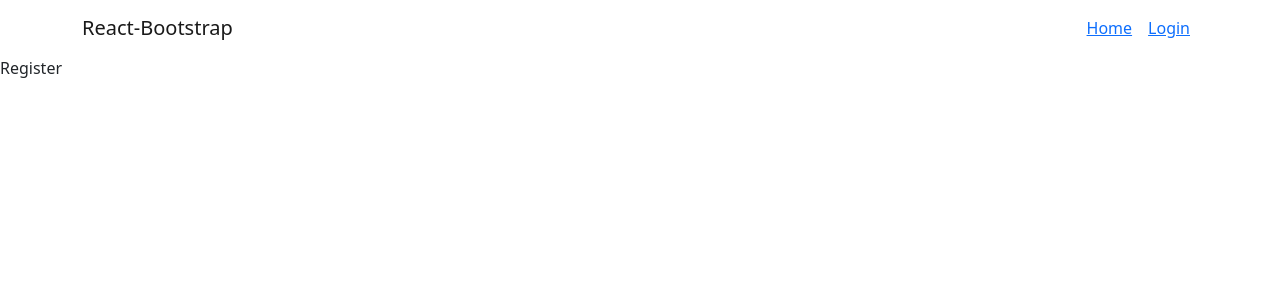
Repository: RubaHusam/MERN-Auth
Page: /register (app in frontend/)
The author's editor kept a copy of each file at every save. The page is drawn from the files as they stood at one save, then again after the next save.
The browser window is 1280 px wide. The pictures show the whole page.
The project was rebuilt for these pictures with package versions that can differ from the ones it lists, and the page was loaded fresh each time.

Above is the page before, as saved 2023-01-27 18:06:21.

After the next save:
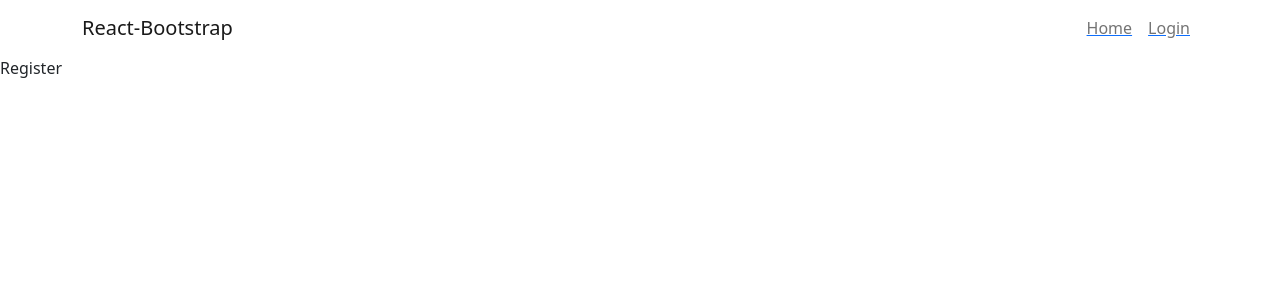
Saved 30 s later.
--- a/frontend/src/components/Layout/Header.js
+++ b/frontend/src/components/Layout/Header.js
@@ -16,13 +16,14 @@ export default function Header() {
                 justifyContent: 'right',
                 width: '100%',
               }}>
-              <Nav.Link>
+              {' '}
+              <Link to='/'>
                 {' '}
-                <Link to='/'>Home</Link>
-              </Nav.Link>
-              <Nav.Link>
-                <Link to='/login'>Login</Link>
-              </Nav.Link>
+                <Nav.Link>Home</Nav.Link>
+              </Link>
+              <Link to='/login'>
+                <Nav.Link>Login</Nav.Link>
+              </Link>
             </Nav>
           </Navbar.Collapse>
         </Container>
